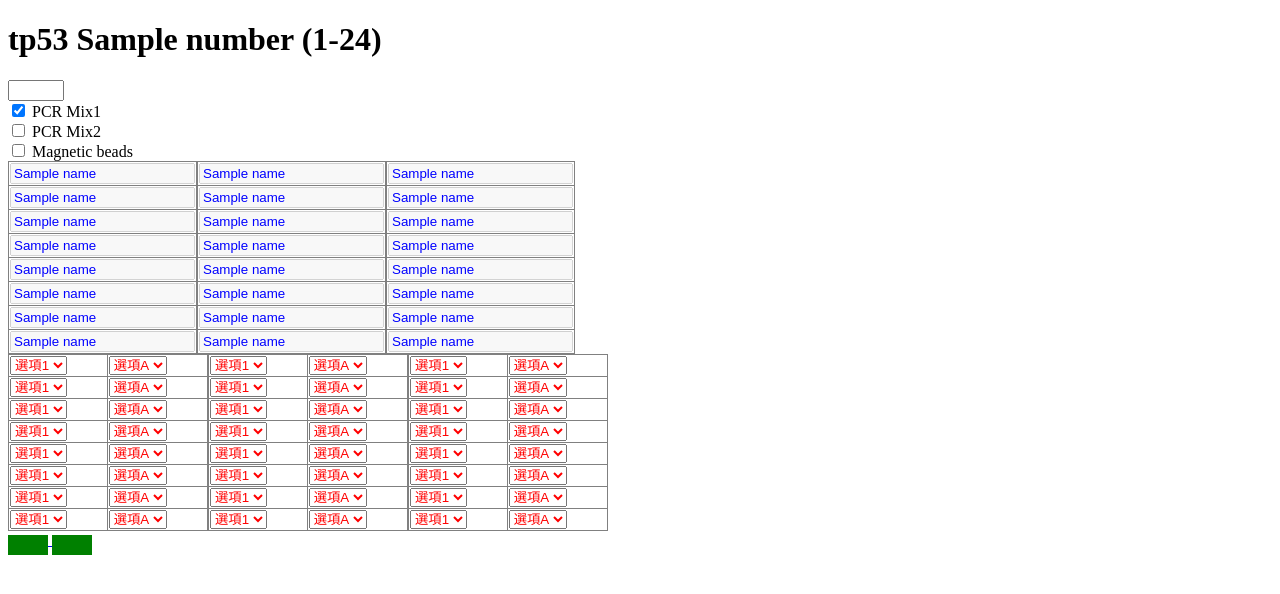
Repository: dnttalk/Ngs_arm1-main
Page: http://localhost/users/login
The author's editor kept a copy of each file at every save. The page is drawn from the files as they stood at one save, then again after the next save.
The browser window is 1280 px wide. The pictures show the whole page.
The page is served by the project's Node server (app.js).

Above is the page before, as saved 2023-07-27 13:07:20.

After the next save:
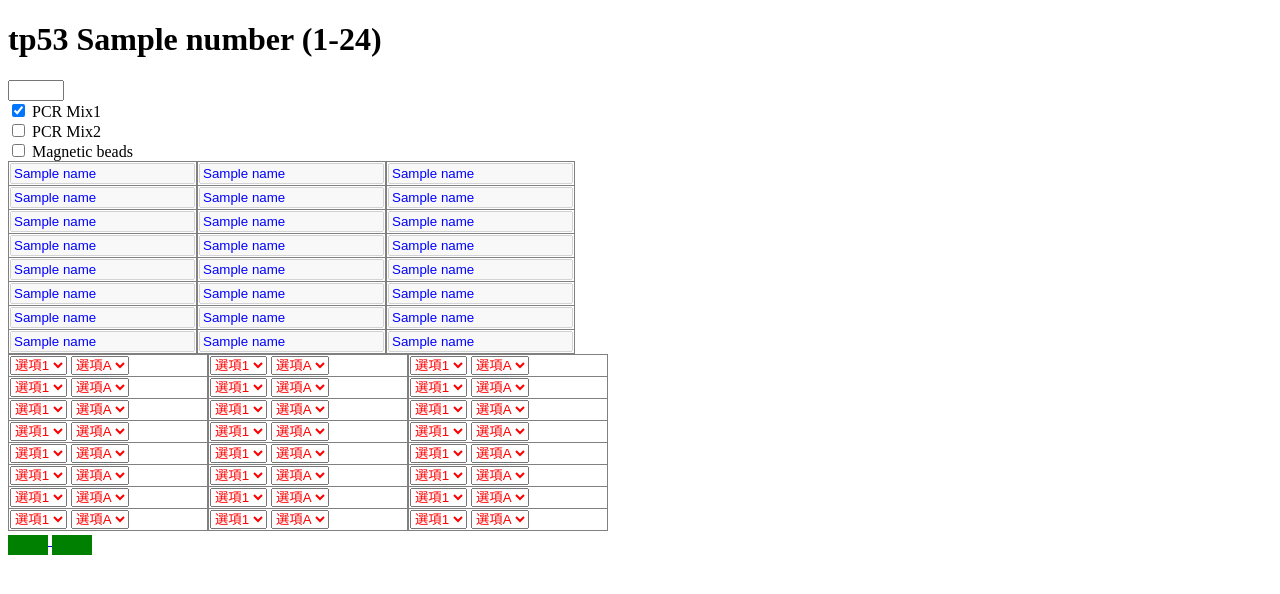
Saved 116 s later.
--- a/views/second.ejs
+++ b/views/second.ejs
@@ -59,8 +59,6 @@
                                     <option value="option2">選項2</option>
                                     <!-- 其他選項... -->
                                 </select>
-                            </td>
-                            <td>
                                 <select class="index-name" id="IndexName2_<%= i %>_<%= j + 1 %>"
                                     name="IndexName2_<%= i %>_<%= j + 1 %>">
                                     <!-- 第二個下拉選單的選項 -->
